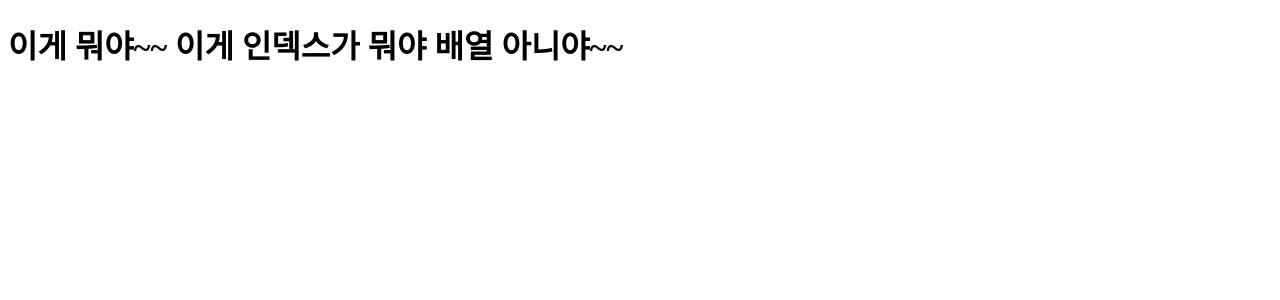
Repository: Rostreaca/0922_Web
Page: MyFirstWebProject/src/main/webapp/index.html
These files come from the project's save history. The page is drawn as it stood at one moment and after the next save; the edit follows.
The browser window is 1280 px wide. The pictures show the whole page.

Above is the page before, as saved 2025-09-22 06:18:02.

After the next save:
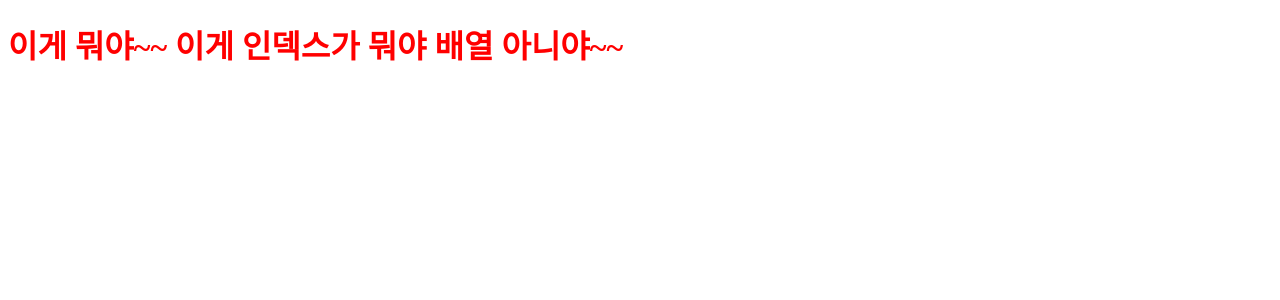
Saved 12 s later.
--- a/MyFirstWebProject/src/main/webapp/index.html
+++ b/MyFirstWebProject/src/main/webapp/index.html
@@ -4,7 +4,9 @@
 <meta charset="UTF-8">
 <title>안녕하세요 인 덱스입니다</title>
 <style>
-
+	h1{
+		color : red;
+	}
 </style>
 </head>
 <body>
